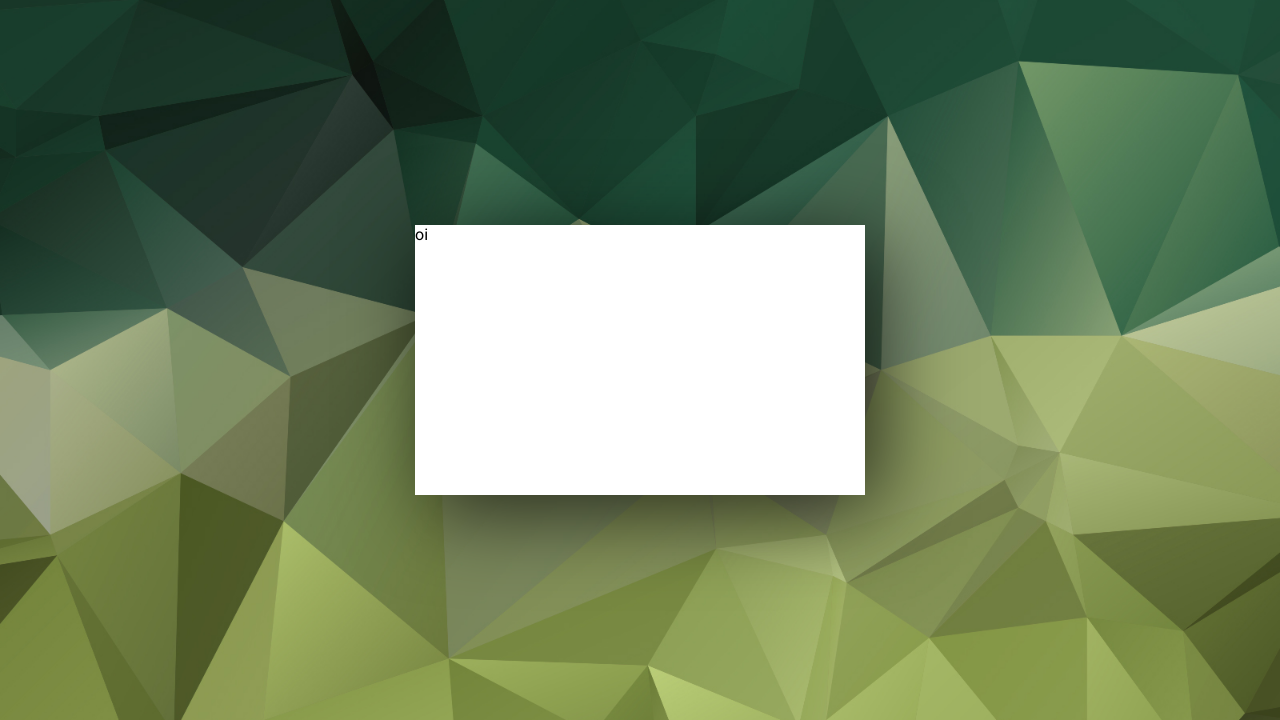
Repository: milena-rosa/web-prescription-notifier
Page: /
The author's editor kept a copy of each file at every save. The page is drawn from the files as they stood at one save, then again after the next save.
The browser window is 1280 px wide. The pictures show the whole page.
The project was rebuilt for these pictures with package versions that can differ from the ones it lists, and the page was loaded fresh each time. Also part of the build but not shown: src/pages/Home/styles.ts, src/pages/Home/index.tsx.

Above is the page before, as saved 2021-11-06 22:24:52.

### public/index.html
<!DOCTYPE html>
<html lang="en">

<head>
  <meta charset="utf-8" />
  <link rel="preconnect" href="https://fonts.googleapis.com">
  <link rel="preconnect" href="https://fonts.gstatic.com" crossorigin>
  <link href="https://fonts.googleapis.com/css2?family=Roboto:wght@400;700&display=swap" rel="stylesheet">
  <!-- <link rel="icon" href="%PUBLIC_URL%/favicon.ico" /> -->
  <meta name="viewport" content="width=device-width, initial-scale=1" />
  <meta name="theme-color" content="#000000" />
  <title>Cadastro de Notificadores de Receituários</title>
</head>

<body>
  <noscript>You need to enable JavaScript to run this app.</noscript>
  <div id="root"></div>
</body>

</html>

### src/index.tsx
import React from 'react'
import ReactDOM from 'react-dom'

import { App } from './App'

ReactDOM.render(
  <React.StrictMode>
    <App />
  </React.StrictMode>,
  document.getElementById('root')
)

### src/App.tsx
import React from 'react'
import { BrowserRouter as Router } from 'react-router-dom'

import { GlobalStyle } from './styles/global'

import { Routes } from './routes'

export function App() {
  return (
    <Router>
      <Routes />
      <GlobalStyle />
    </Router>
  )
}

### src/styles/global.ts
import { createGlobalStyle } from 'styled-components'

export const GlobalStyle = createGlobalStyle`
  :root {
    --black: #000000;
    --gray: #b5b5b5;
    --white: #ffffff;

    --green-primary: #117849;
    --green-primary-70: rgba(17, 120, 73, 0.7);
    --green-primary-30: rgba(17, 120, 73, 0.3);
    --green-primary-5: rgba(17, 120, 73, 0.05);

    --light-green: #dbebe4;
    --brownish-green: #51665c;

    --red: #ff0000;
    --yellow: #f6ff8f;
  }

  * {
    box-sizing: border-box;
    margin: 0;
    padding: 0;
  }

  html {
    @media (max-width: 1080px) {
      font-size: 93.75%; // 15px
    }

    @media (max-width: 720px) {
      font-size: 87.5%; // 14px
    }
  }

  body {
    background: var(--white);
    color: var(--black);
    -webkit-font-smoothing: antialiased;
  }

  body, input, textarea, button, select {
    font-family: 'Roboto', sans-serif;
    font-weight: 400;
  }

  button {
    border: none;
    cursor: pointer;
  }

  .react-modal-overlay {
    align-items: center;
    background: rgba(0, 0, 0, 0.5);
    bottom: 0;
    display: flex;
    justify-content: center;
    left: 0;
    position: fixed;
    right: 0;
    top: 0;
    z-index: 11;
  }

  .react-modal-content {
    background: var(--white);
    border-radius: 0.25rem;
    min-height: 2.4rem;
    max-width: 41rem;
    position: relative;
    z-index: 12;
  }

  .react-modal-close {
    background: transparent;
    border: 0;
    position: absolute;
    right: 1rem;
    top: 1rem;
    transition: filter 0.2s;

    &:hover {
      filter: brightness(0.8);
    }
  }
`

### src/routes/index.tsx
import React from 'react'
import { Switch } from 'react-router-dom'

import { Home } from '../pages/Home'
import { SignIn } from '../pages/SignIn'
import { Route } from './Route'

// import { useAuth } from '../hooks/useAuth'

export function Routes() {
  // const { loading } = useAuth()

  // if (loading) {
  //   return <h1>Abrindo...</h1>
  // }

  return (
    <Switch>
      <Route path="/" exact component={SignIn} />
      <Route path="/home" exact component={Home} isPrivate />
    </Switch>
  )
}

### src/pages/SignIn/index.tsx
import React from 'react'

import { Container } from './styles'

export const SignIn: React.FC = () => {
  return (
    <Container>
      <div>oi</div>
    </Container>
  )
}

### src/routes/Route.tsx
import React, { ComponentType } from 'react'
import { RouteProps as ReactDOMRouteProps, Route as ReactDOMRoute, Redirect } from 'react-router-dom'

interface IRouteProps extends ReactDOMRouteProps {
  isPrivate?: boolean
  component: ComponentType
}

export function Route({ isPrivate = false, component: Component, ...rest }: IRouteProps) {
  const isSigned = false

  return (
    <ReactDOMRoute
      {...rest}
      render={({ location }) =>
        (isPrivate && isSigned) || (!isPrivate && !isSigned) ? (
          <Component />
        ) : (
          <Redirect
            to={{
              pathname: isPrivate ? '/' : '/home',
              state: { from: location }
            }}
          />
        )
      }
    />
  )
}

### src/pages/SignIn/styles.ts
import styled from 'styled-components'
import backgroundImg from '../../assets/background.png'

export const Container = styled.div`
  align-items: center;
  background: url(${backgroundImg}) no-repeat center center fixed;
  background-size: cover;
  bottom: 0;
  display: flex;
  justify-content: center;
  left: 0;
  position: fixed;
  right: 0;
  top: 0;
  z-index: 11;

  > div {
    background-color: var(--white);
    filter: drop-shadow(15px 15px 42px rgba(0, 0, 0, 0.7));
    height: 16.875rem;
    width: 28.125rem;
  }
`

After the next save:
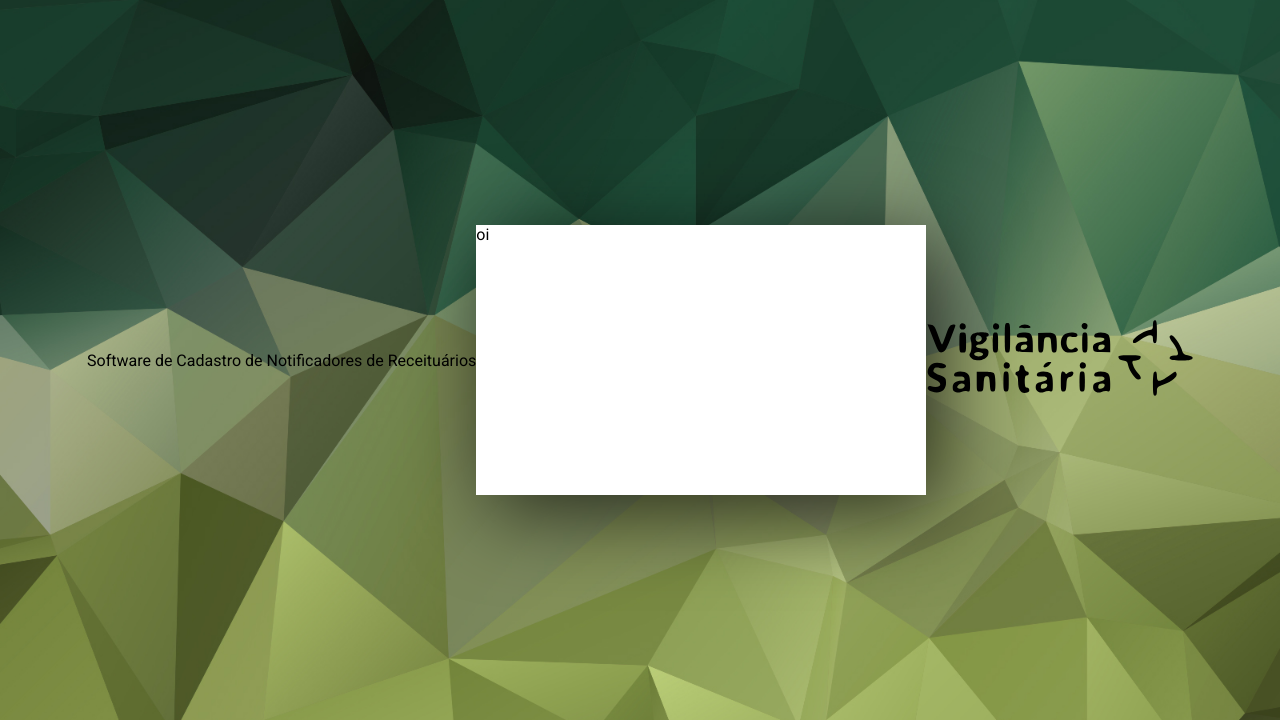
Saved 4 min 18 s later.
--- a/src/pages/SignIn/index.tsx
+++ b/src/pages/SignIn/index.tsx
@@ -2,10 +2,16 @@
 
 import { Container } from './styles'
 
+import logo from '../../assets/logo.svg'
+
 export const SignIn: React.FC = () => {
   return (
     <Container>
+      <header>Software de Cadastro de Notificadores de Receituários</header>
       <div>oi</div>
+      <footer>
+        <img src={logo} alt="Vigilância Sanitária" />
+      </footer>
     </Container>
   )
 }
